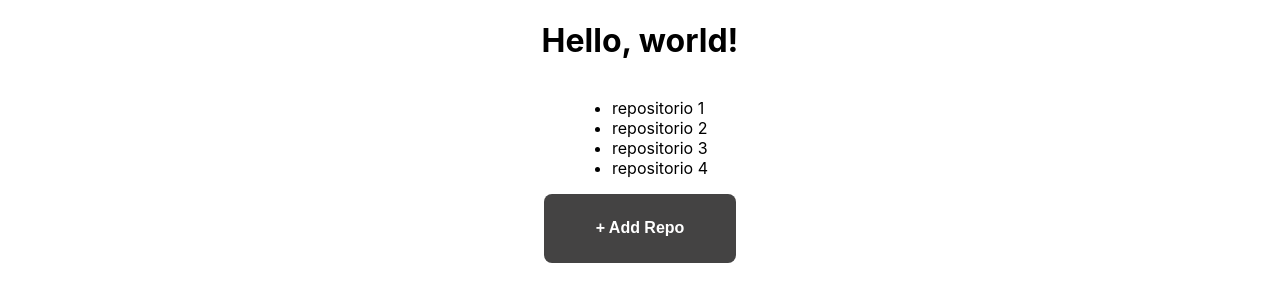
Repository: thiagolucio/react-hooks-use
Page: /
These files come from the project's save history. The page is drawn as it stood at one moment and after the next save; the edit follows.
The browser window is 1280 px wide. The pictures show the whole page.
The project was rebuilt for these pictures with package versions that can differ from the ones it lists, and the page was loaded fresh each time.

Above is the page before, as saved 2022-03-08 17:01:30.

After the next save:
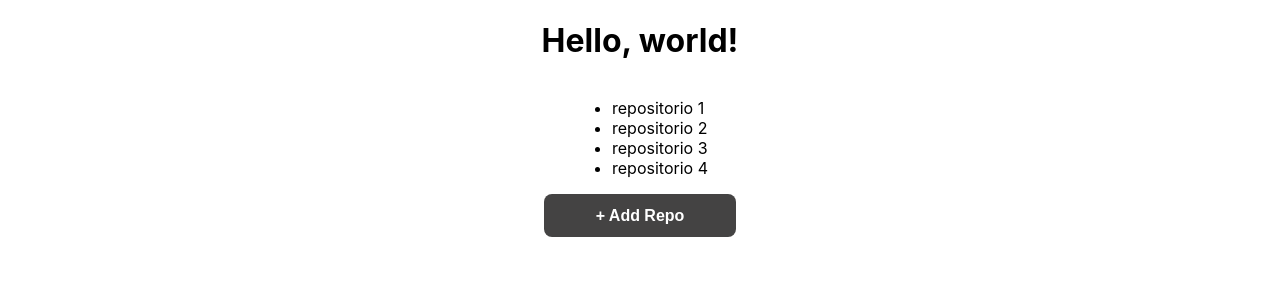
Saved 7 s later.
--- a/src/Components/UseStateExample.css
+++ b/src/Components/UseStateExample.css
@@ -1,6 +1,6 @@
 .buttonApp {
     font-size: 16px;
-    padding: 2% 4%;
+    padding: 1% 4%;
     background-color: rgb(68, 67, 67);
     color: #fff;
     font-weight: bold;
